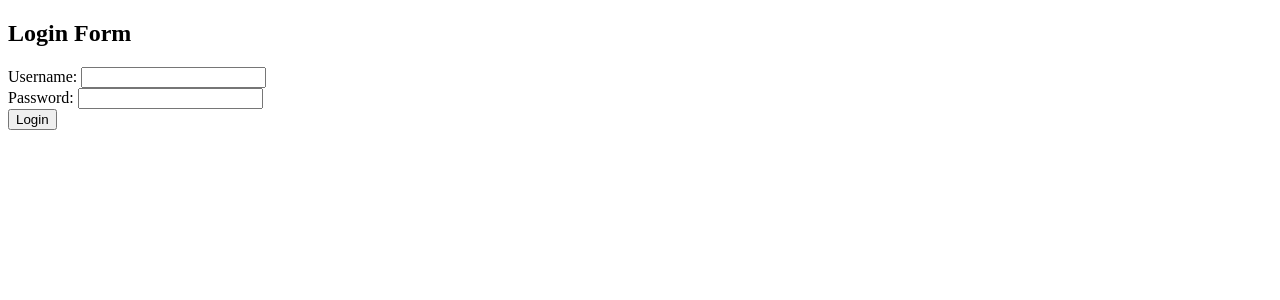
Repository: VIJAYkollu-7568/rakhi
Page: project1/src/main/webapp/login.html
The author's editor kept a copy of each file at every save. The page is drawn from the files as they stood at one save, then again after the next save.
The browser window is 1280 px wide. The pictures show the whole page.

Above is the page before, as saved 2024-11-07 04:27:12.

After the next save:
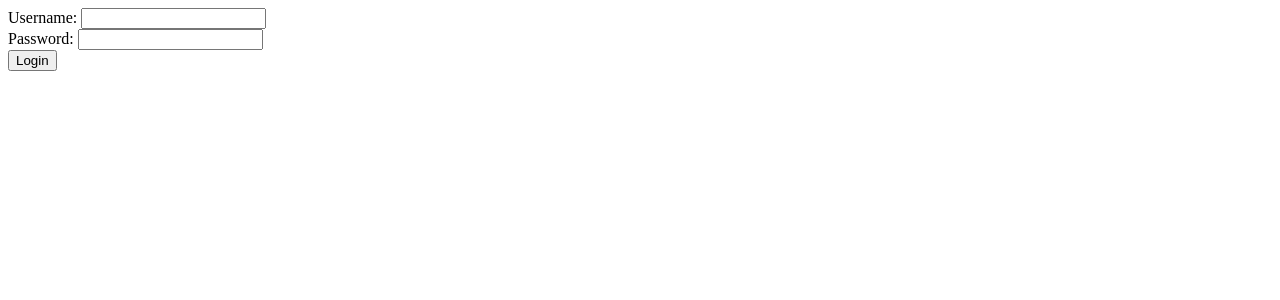
Saved 3 min 55 s later.
--- a/project1/src/main/webapp/login.html
+++ b/project1/src/main/webapp/login.html
@@ -1,11 +1,11 @@
 <!DOCTYPE html>
-<html lang="en">
+<html>
 <head>
-    <title>Login</title>
+<meta charset="UTF-8">
+<title>Insert title here</title>
 </head>
 <body>
-    <h2>Login Form</h2>
-    <form action="LoginServlet" method="post">
+<form action="LoginServlet" method="post">
         <label for="username">Username:</label>
         <input type="text" id="username" name="username" required><br>
         <label for="password">Password:</label>
